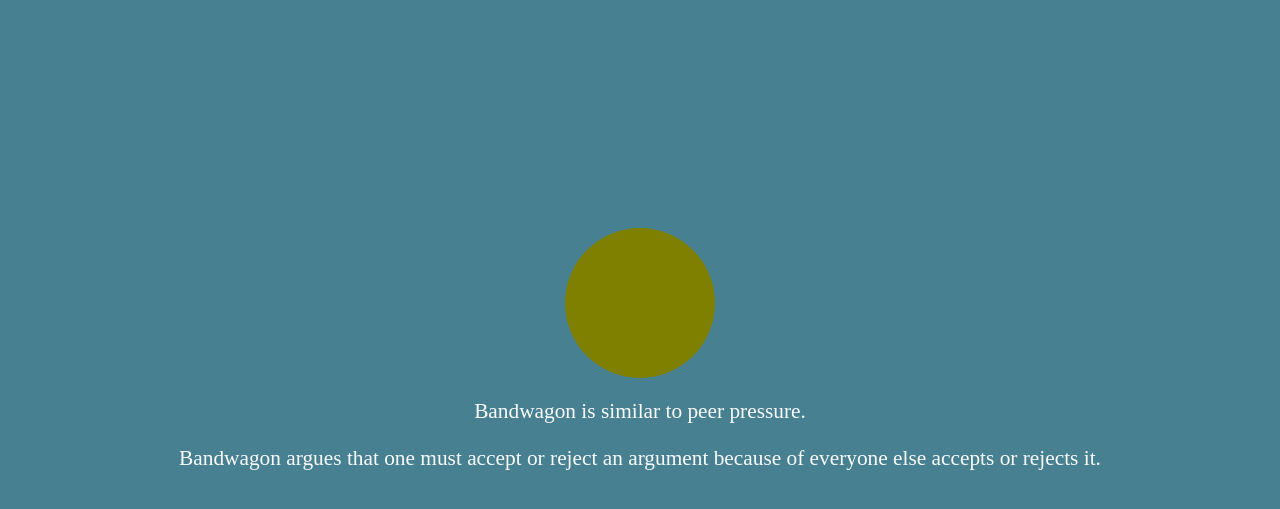
Repository: cindyvunguyen/fallacy
Page: index.html
The author's editor kept a copy of each file at every save. The page is drawn from the files as they stood at one save, then again after the next save.
The browser window is 1280 px wide. The pictures show the whole page.
Some web fonts or font styles are not loaded; a fallback is used.

Above is the page before, as saved 2020-03-13 19:53:44.

### index.html
<!DOCTYPE html>
<html lang="en">
<head>
    <meta charset="UTF-8">
    <meta name="viewport" content="width=device-width, initial-scale=1.0">
    <title>FALLACIES</title>
    <link href="style.css" rel="stylesheet" type="text/css">
</head>
<body>
    <div id="app">

        <!-- CINDY START -->

        <div id="home-page"></div>

        <div id="lets-start-page"></div>

        <div id="question-page"></div>

        <!-- CINDY END -->

        <!-- SOPHIA START -->

        <!-- when making it one page -->

        <div id="correct-incorrect-page">
            <div id="icon"></div>
            <div id="cip-text1">HORRAY!</div> <!-- incorrect, change to "oh no!" -->
            <div id="cip-a-outcome">
                <div id="cip-text2">You avoided the</div> <!-- icorrect, change to "you committed the"-->
                <div id="cip-fallacy">BANDWAGON FALLACY</div>
                <div id="cip-text2">which is</div>
            </div>
            <div id="cip-definition">Listening to what is popular instead of listening to yourself.</div>
            <button class="white-button" onclick="incorrectPage()">NEXT QUESTION</button> <!-- placeholder for js page switch-->
        </div>

        <div id="results-page">
            <div id="rp-text">
                <div id="rp-message">YOU GOT...</div> <!-- game over, change to "game over" -->
                <div id="rp-results"># out of 10 scenarios</div>  <!-- game over, change to "you commited too many fallacies" -->
                <div id="rp-congrats">AMAZING JOB!</div> <!-- game over, message disappears -->
            </div>
            <button class="grey-button" onclick="gameOver()">VIEW FALLACIES</button>
        </div>

        <!-- SOPHIA END -->

        <!-- CHLOE START -->

        <div id="review-page">
            <div id="rp-text">LET'S SUM UP<br>WHAT WE'VE GOT SO FAR!</div>
        </div>

        <!-- <div id="review2-page">
            <span id="r2-bold">A fallacy</span> is when someone is using <span id="r2-emphasis"> bad reasoning</span> when trying to make a point or argument.
        </div> -->

        <div id="fallacy-review-page"></div>

        <div id="three-fallacies-page">
            <div id="icon"></div>
            <div id="tfp-text">
                <p>Bandwagon is similar to peer pressure.</p>
                <p>Bandwagon argues that one must accept or reject an argument because of everyone else accepts or rejects it.</p>
            </div>
        </div>
        <!-- change the page's content with JS to show all three fallacies when clicked -->

        <!-- CHLOE END -->
        <script src="js.js"></script>
    </div>
</body>
</html>

### style.css
body {
    margin: 0;
}

#app {
    width: 100vw;
    height: 100vh;
    font-family: Visby;
    background-color: #468091;
    color: #FAFAFA;
}

@font-face {
    font-family: Visby;
    src: url(fonts/VisbyRoundCF-Regular.otf) format("woff");
}

@font-face {
    font-family: Visby;
    src: url(fonts/VisbyRoundCF-ExtraBold.otf) format("woff");
    font-weight: bold;
}

.pink-button {
    height: 100px;
    width: 700px;
    background-color: #ed2265;
    border: 0px;
    border-radius: 75px;
    font-family: Visby;
    font-weight: bold;
    font-size: 36pt;
    color: #FAFAFA;
    outline: 0;
}

.pink-button:active {
    background-color: #9c1542;
}

.white-button {
    height: 100px;
    width: 700px;
    background-color: #FAFAFA;
    border: 0px;
    border-radius: 75px;
    font-family: Visby;
    font-weight: bold;
    font-size: 36pt;
    color: #303030;
    outline: 0;
}

.white-button:active {
    background-color: #9e9e9e;
}

.grey-button {
    height: 100px;
    width: 700px;
    background-color: #303030;
    border: 0px;
    border-radius: 75px;
    font-family: Visby;
    font-weight: bold;
    font-size: 36pt;
    color: #FAFAFA;
    outline: 0;
}

.grey-button:active {
    background-color: #000000;
}

/* CINDY START */

/* CINDY END */

/* SOPHIA START */

/* correct page */
#correct-incorrect-page {
    width: 100vw;
    height: 100vh;
    /* display: flex; */
    display: none;
    flex-direction: column;
    align-items: center;
    justify-content: center;
    background-color: #6eb748; /* incorrect, change to #860000*/
}

#icon {
    background-color: olive;
    width: 150px;
    height: 150px;
    border-radius: 50%;
}

#cip-text1 {
    font-size: 36pt;
    font-weight: bold;
    padding: 35px 0;
}

#cip-text2 {
    font-size: 16pt;
    font-weight: bold;
}

#cip-fallacy {
    font-size: 36pt;
    font-weight: bold;
}

#cip-definition {
    font-size: 16pt;
    line-height: 150px;
}

#cip-a-outcome {
    line-height: 60px;
    display: flex;
    flex-direction: column;
    align-items: center;
    justify-content: center;
}

/* results page */
#results-page {
    width: 100vw;
    height: 100vh;
    /* display: flex; */
    display: none;
    flex-direction: column;
    align-items: center;
    justify-content: center;
    /* background-color: #860000; */ /* for game over page when combined */
}

#rp-text {
    padding: 0 0 75px 0;
    line-height: 75px;
    display: flex;
    flex-direction: column;
    align-items: center;
    justify-content: center;
}

#rp-message {
    font-size: 48pt;
    font-weight: bold;
}

#rp-results {
    font-size: 16pt;
    font-weight: bold;
}

#rp-congrats {
    font-size: 48pt;
    font-weight: bold;
}

/* SOPHIA END */

/* CHLOE START */

/* review page */
#review-page {
    width: 100vw;
    height: 100vh;
    /* display: flex; */
    display: none;
    flex-direction: column;
    align-items: center;
    justify-content: center;
    }

/* #rp-text {
    font-size: 48pt;
    font-weight: bold;
    text-align: center;
}


#r2-bold {
    font-weight: bold;
}

#r2-emphasis {
    color: #F5FD37;
} */

#three-fallacies-page {
    width: 100vw;
    height: 100vh;
    display: flex;
    /* display: none; */
    flex-direction: column;
    align-items: center;
    justify-content: center;
}

#tfp-text {
    font-size: 16pt;
    text-align: center;
}

/* CHLOE END */

### js.js
// CINDY START

// CINDY END

// SOPHIA START

//            fallacy:"BANDWAGON FALLACY",
//            definition:"Listening to what is popular instead of listening to yourself."

//            fallacy:"APPEAL TO EMOTIONS",
//            definition:"Using people's feelings to convince them or win an argument."

//            fallacy:"AD HOMINEM",
//            definition:"Attacking someone instead of listening to what they're saying."

function incorrectPage() {
    document.querySelector("#correct-incorrect-page").style.backgroundColor = "#860000";
    document.querySelector("#cip-text1").innerText = "OH NO!";
    document.querySelector("#cip-text2").innerText = "You committed the";
    document.querySelector("#icon").style.backgroundColor = "#b34c20";
}

function gameOver() {
    document.querySelector("#results-page").style.backgroundColor = "#860000";
    document.querySelector("#rp-message").innerText = "GAME OVER";
    document.querySelector("#rp-results").innerText = "You committed too many fallacies";
    document.querySelector("#rp-congrats").style.display = "none";
}

// SOPHIA END

// CHLOE START

// CHLOE END

After the next save:
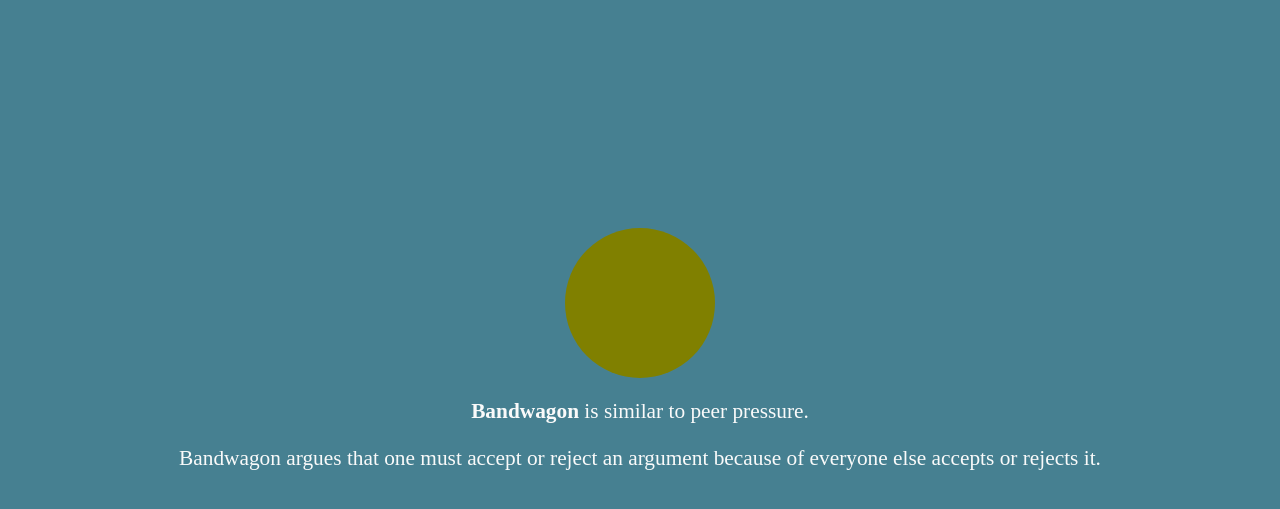
Saved 27 s later.
--- a/index.html
+++ b/index.html
@@ -61,7 +61,7 @@
         <div id="three-fallacies-page">
             <div id="icon"></div>
             <div id="tfp-text">
-                <p>Bandwagon is similar to peer pressure.</p>
+                <p><b>Bandwagon</b> is similar to peer pressure.</p>
                 <p>Bandwagon argues that one must accept or reject an argument because of everyone else accepts or rejects it.</p>
             </div>
         </div>
